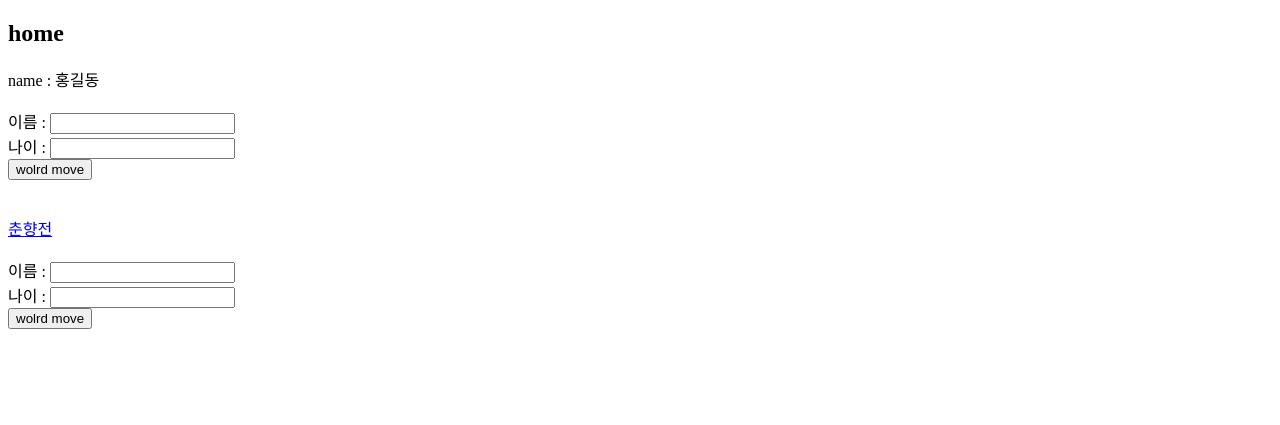
Repository: suhong99/springEclitest
Page: http://localhost/springSample2/home.do
An editor plug-in stored every save of this project. The page is shown before and after the next save, followed by the edit.
The browser window is 1280 px wide. The pictures show the whole page.
The page is served by Tomcat 9.

Above is the page before, as saved 2023-07-11 06:13:48.

After the next save:
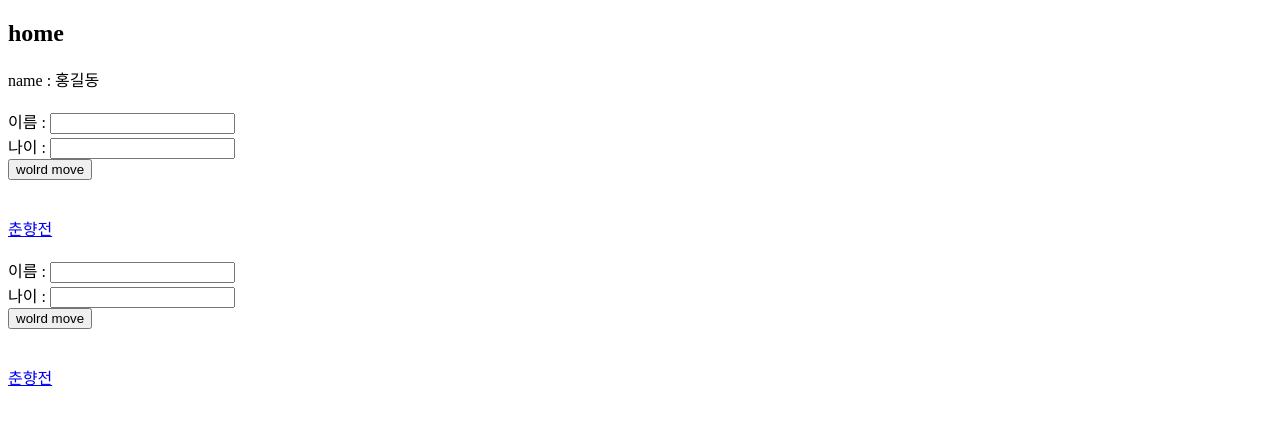
Saved 18 s later.
--- a/SpringFramworkSamples/springSample2/src/main/webapp/WEB-INF/views/home.jsp
+++ b/SpringFramworkSamples/springSample2/src/main/webapp/WEB-INF/views/home.jsp
@@ -34,5 +34,9 @@ name : <%= name %>
 <!--
 	<a message ="안녕하세요" 로 링크로 넘김/a>
 	 -->
+
+<br><br>
+<a href="list.do?name=성춘향&age=18">춘향전</a>
+
 </body>
 </html>
